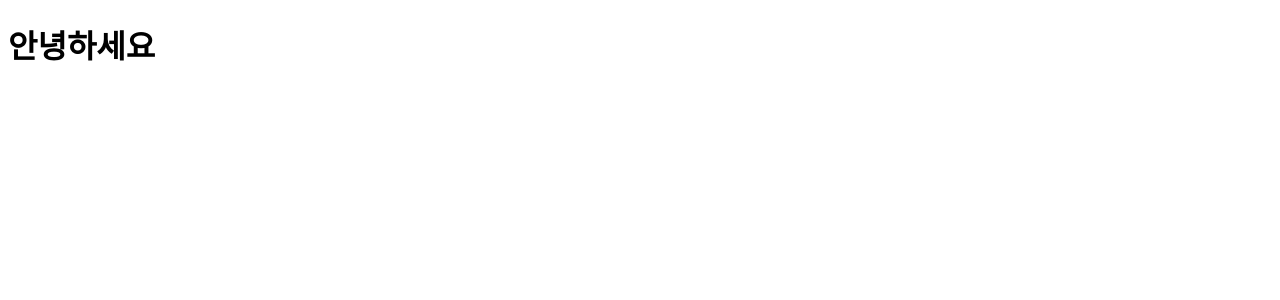
Repository: Yim-HaEun/servlet-jsp-workspace
Page: http://localhost/Join/register.jsp
The author's editor kept a copy of each file at every save. The page is drawn from the files as they stood at one save, then again after the next save.
The browser window is 1280 px wide. The pictures show the whole page.
The page is served by Tomcat 9.

Above is the page before, as saved 2023-11-07 00:33:49.

### Join/src/main/webapp/register.jsp
<%@ page language="java" contentType="text/html; charset=EUC-KR"
    pageEncoding="EUC-KR"%>
<!DOCTYPE html>
<html>
<head>
<meta charset="EUC-KR">
<title>Insert title here</title>
</head>
<body>
<h1>안녕하세요</h1>
</body>
</html>

After the next save:
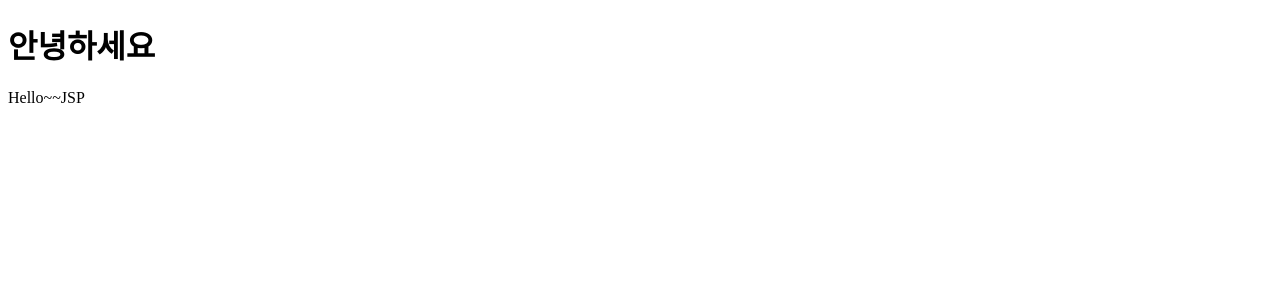
Saved 4 min 1 s later.
--- a/Join/src/main/webapp/register.jsp
+++ b/Join/src/main/webapp/register.jsp
@@ -8,5 +8,9 @@
 </head>
 <body>
 <h1>안녕하세요</h1>
+<%
+String msg="Hello~~JSP";
+out.println(msg);
+%>
 </body>
 </html>
